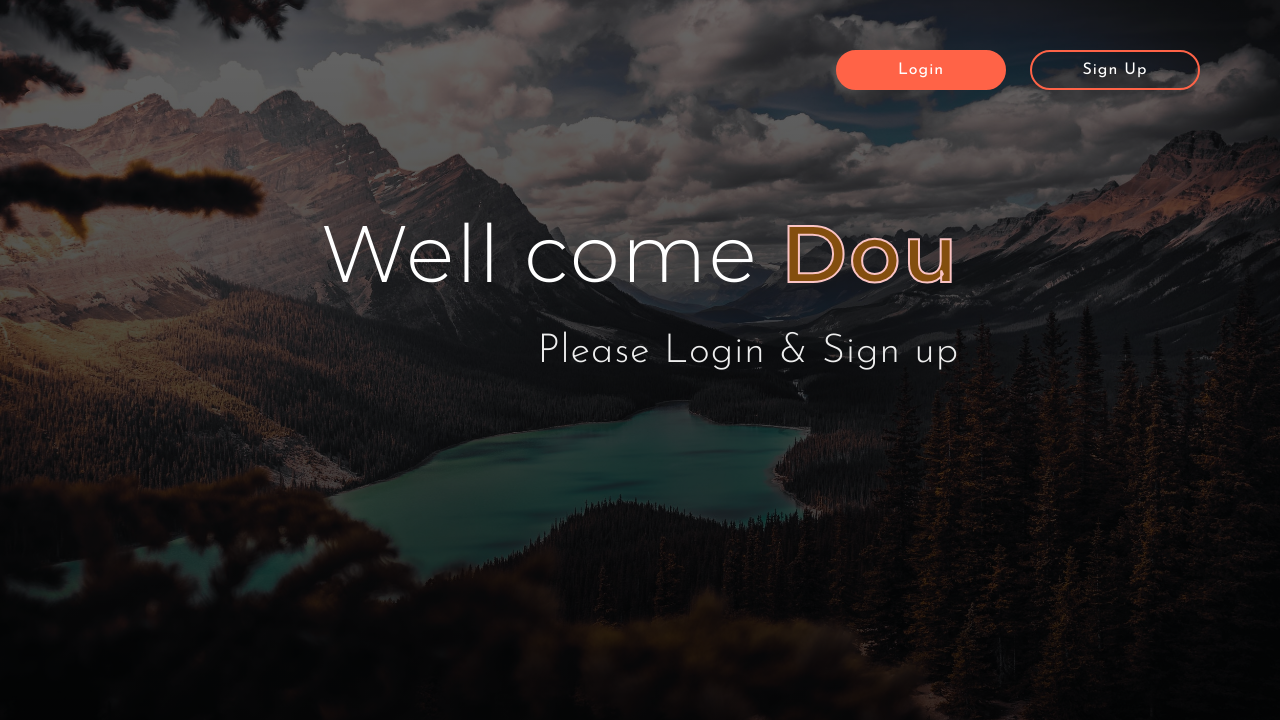
Repository: motamedipour2022/javascript_project
Page: model_form1/index.html
An editor plug-in stored every save of this project. The page is shown before and after a run of saves, followed by the edit.
The browser window is 1280 px wide. The pictures show the whole page.
Some web libraries are served in a nearby version.

Above is the page before, as saved 2022-12-20 12:28:49.

After the next 3 saves:
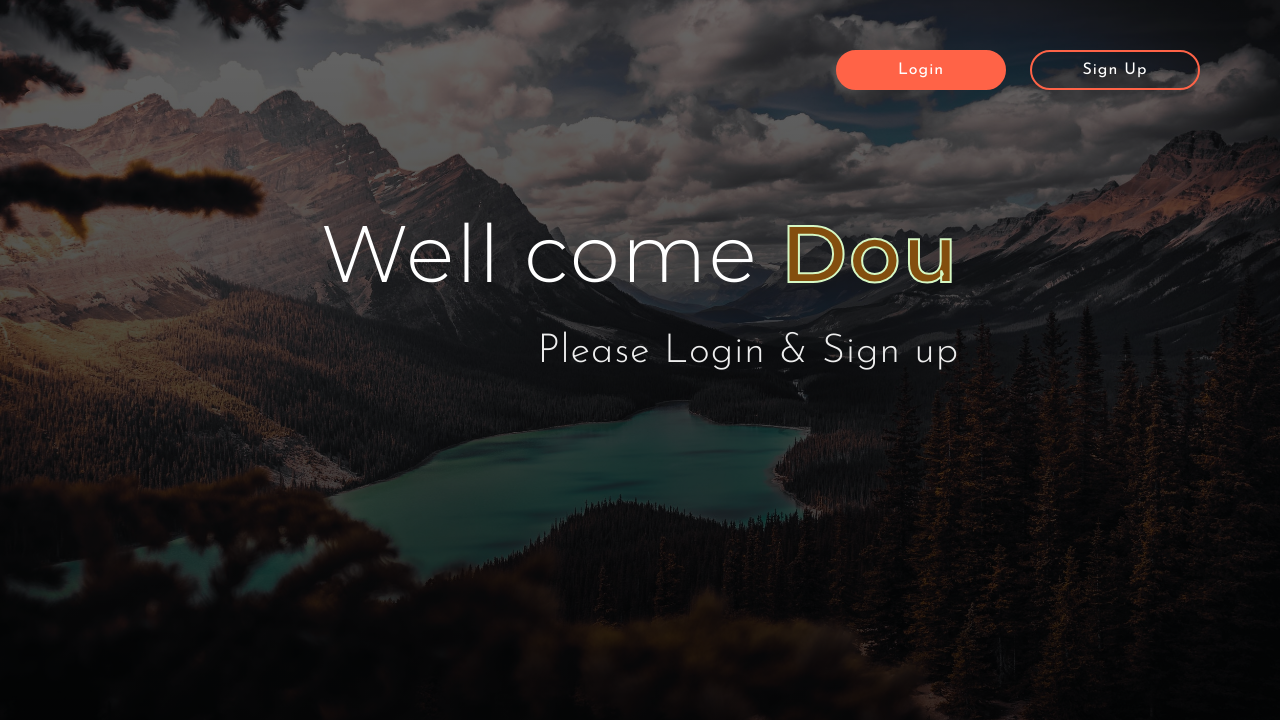
The 3 saves are shown as one change because they came seconds apart.
The last was saved 10 s later.
--- a/model_form1/style.css
+++ b/model_form1/style.css
@@ -29,7 +29,7 @@
 .banner-text h1 span{
   color: rgb(131, 78, 14);
   font-weight: 800;
-  -webkit-text-stroke: 2px rgb(250, 196, 196);
+  -webkit-text-stroke: 2px rgb(214, 248, 196);
 }
 .banner-text p {
   color: #eee;

After the save that followed:
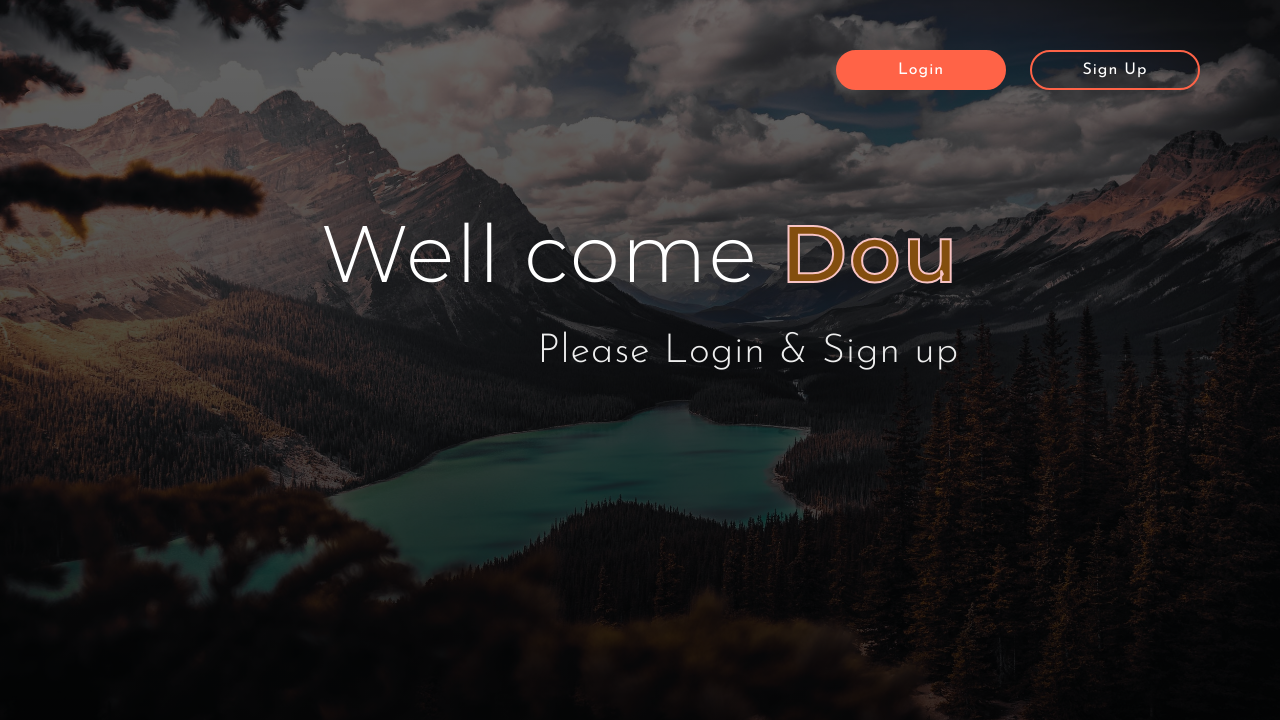
Saved 6 s later.
--- a/model_form1/style.css
+++ b/model_form1/style.css
@@ -29,7 +29,7 @@
 .banner-text h1 span{
   color: rgb(131, 78, 14);
   font-weight: 800;
-  -webkit-text-stroke: 2px rgb(214, 248, 196);
+  -webkit-text-stroke: 2px rgb(248, 196, 196);
 }
 .banner-text p {
   color: #eee;
